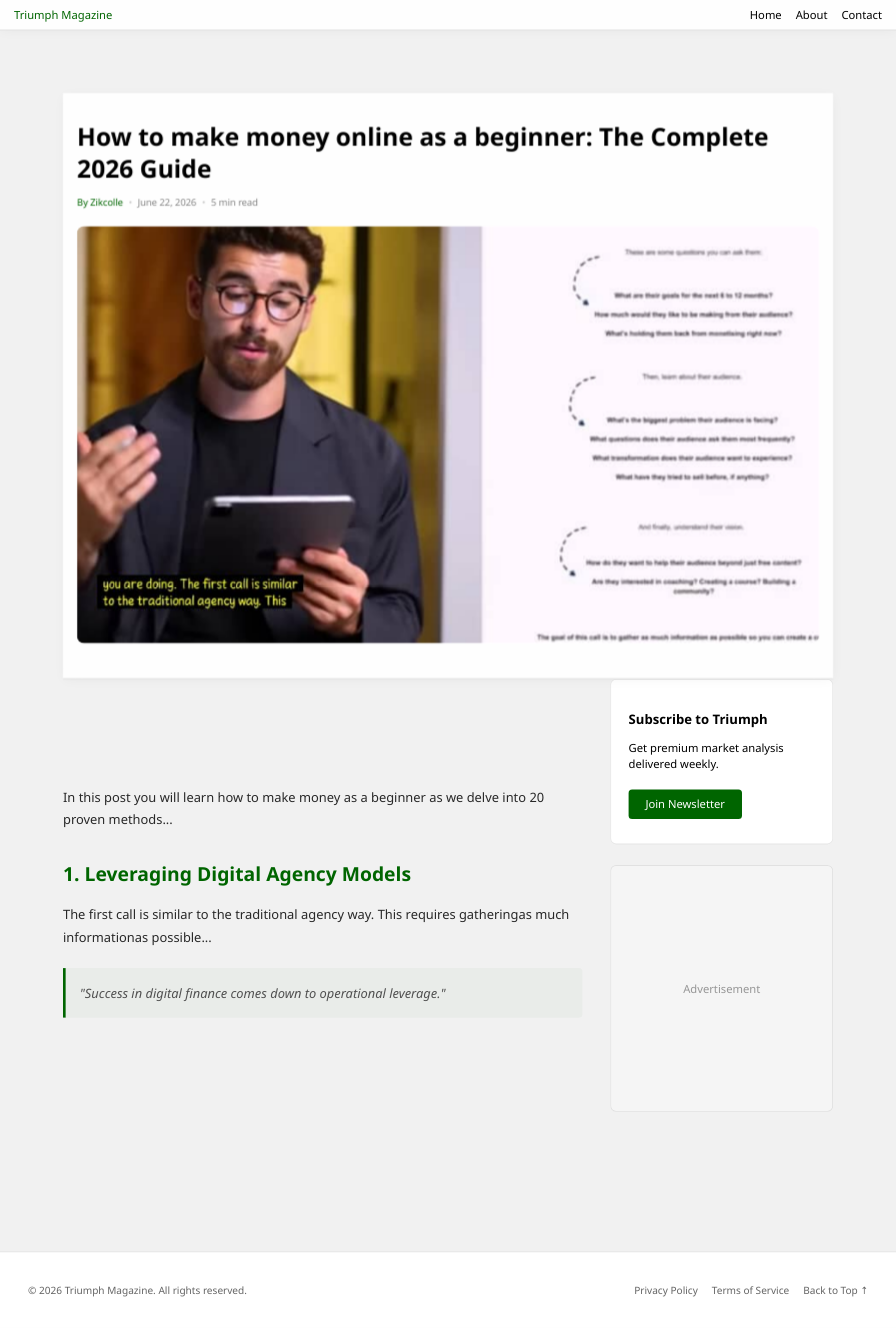
Repository: zikcolle/Triumph-Blog
Page: post.html
An editor plug-in stored every save of this project. The page is shown before and after a run of saves, followed by the edit.
The browser window is 1280 px wide. The pictures show the whole page, at 70% of full size.

Above is the page before, as saved 2026-06-23 11:16:28.

### post.html
<!DOCTYPE html>
<html lang="en">

<head>
    <meta charset="UTF-8">
    <meta name="viewport" content="width=device-width, initial-scale=1.0">
    <title>Triumph Magazine</title>
    <link rel="stylesheet" href="styles.css">
</head>

<body>
    <header>
        <nav>
            <div class="logo">Triumph Magazine</div>
            <div class="hamburger" onclick="toggleMenu()">
                <svg width="30" height="30">
                    <line x1="3" y1="5" x2="27" y2="5" stroke="black" stroke-width="3" />
                    <line x1="3" y1="15" x2="27" y2="15" stroke="black" stroke-width="3" />
                    <line x1="3" y1="25" x2="27" y2="25" stroke="black" stroke-width="3" />
                </svg>


            </div>
            <ul id="nav-links">
                <li><a href="#">Home</a></li>
                <li><a href="/about-us">About</a></li>
                <li><a href="/contact-us">Contact</a></li>
            </ul>
        </nav>
    </header>


    <main>
        <article class="post-container">

            <header class="post-header">
                <h1>How to make money online as a beginner: The Complete 2026 Guide</h1>

                    <div class="post-meta">
                       <span class="meta-author">By Zikcolle</span>
                       <span class="meta-divider">&bull;</span>
                       <span class="meta-date">June 22, 2026</span>
                       <span class="meta-divider">&bull;</span>
                       <span class="meta-time">5 min read</span>
                    </div>

                    <img src="simage\postiman.jpeg" class="post-hero-image">
            </header>

            <div class="post-body-split">

                <!--  The 70% Left Side -->
                <section class="post-content">
                    <p>In this post you will learn how to make money as a beginner as we delve into 20 proven methods...</p>
                    <h2>1. Leveraging Digital Agency Models</h2>
                    <p>The first call is similar to the traditional agency way. This requires gatheringas much informationas possible...</p>
                    <blockquote>"Success in digital finance comes down to operational leverage."</blockquote>
                </section>

                <!--  The 30% Left Side -->
                <aside class="post-sidebar">
                    <div class="sidebar-widget">
                        <h3>Subscribe to Triumph</h3>
                        <p>Get premium market analysis delivered weekly.</p>
                        <!-- Placeholder for future email input-->
                        <a href="#" class="view-more">Join Newsletter</a>
                    </div>

                    <div class="sidebar-widget ad-space">
                        <!-- Placeholder for future Google Adsesne-->
                         <p>Advertisement</p>
                    </div>
                </aside>
            </div>
        </article>
    </main>

    <footer>
        <div class="footer-container">
            <p class="copyright">&copy; 2026 Triumph Magazine. All rights reserved.</p>
            <div class="footer-links">
                <a href="#">Privacy Policy</a>
                <a href="#">Terms of Service</a>
                <a href="#top">Back to Top &uarr;</a>
            </div>
        </div>
    </footer>

</body>

</html>

<script>
    function toggleMenu() {
        document.getElementById('nav-links').classList.toggle('active');
    }
</script>

### styles.css
body {
    background-color: rgb(241, 241, 241);
    color: rgb(0, 0, 0);
    font-family: 'Segoe UI', Tahoma, Geneva, Verdana, sans-serif;
    padding: 0;
    margin: 0;

}

header {
    position: relative;
    z-index: 100;
    background-color: rgba(255, 255, 255, 0.92);
    padding: 10px 20px;
    border-bottom: 1px solid rgba(0, 0, 0, 0.108);
    backdrop-filter: blur(20px) saturate(180%);
    -webkit-backdrop-filter: blur(20px) saturate(180%);
    box-shadow: 0 1px 0 rgba(0, 0, 0, 0.04), 0 2px 16px rgba(0, 0, 0, 0.04);
    color: rgb(0, 101, 0);
    width: 100%;
    box-sizing: border-box;
}

nav {
    display: flex;
    justify-content: space-between;
    align-items: center;
}

nav ul {
    list-style: none;
    display: flex;
    gap: 20px;
    margin: 0;
    padding: 0;
}

nav ul li a {
    text-decoration: none;
    color: rgb(0, 0, 0);
}

nav a:hover {
    color: rgb(0, 101, 0);
    text-decoration: underline;
}

.hamburger {
    display: none;
    font-size: 24px;
}

@media (max-width: 768px) {
    nav ul {
        background-color: rgb(255, 255, 255);
        display: none;
        flex-direction: column;
        position: absolute;
        top: 60px;
        right: 0;
        width: 100%;
        text-align: center;
        padding: 20px;
        box-shadow: 0 2px 5px rgba(0, 0, 0, 0.1);
        z-index: 1000;
    }

    nav ul.active {
        display: flex !important;
    }

    nav ul li {
        margin: 10px 0;
    }

    .hamburger {
        display: block;
        cursor: pointer;
    }
}

main {
    padding: 50px;
}

@media (min-width: 768px) {
    main {
        padding: 50px;
    }
}

img,
svg,
video,
canvas,
iframe {
    max-width: 100%;
    height: auto;
    display: block;
}

.label-post {
    background-color: rgb(0, 101, 0);
    color: rgb(255, 255, 255);
    max-width: fit-content;
    padding: 10px;
    border-radius: 15px;
    font-size: 1rem;
}

.feat-post {
    display: flex;
    flex-direction: column;
    gap: 24px;
    background-color: rgb(255, 255, 255);
    border: 1px solid rgba(0, 0, 0, 0.129);
    border-radius: 10px;
    padding: 24px;
}

.feat-post img {
    width: 100%;
    height: auto;
    object-fit: cover;
    border-radius: 6px;
}

.feat-content {
    display: flex;
    flex-direction: column;
    align-items: flex-start;
    gap: 12px;
}

@media (min-width: 768px) {
    .feat-post {
        flex-direction: row;
        align-items: center;
    }

    .feat-post img {
        width: 50%;
    }

    .feat-content {
        width: 50%;
        padding-left: 20px;
    }
}

.read-more {
    background-color: rgb(0, 101, 0);
    color: rgb(255, 255, 255);
    text-decoration: none;
    max-width: fit-content;
    padding: 5px;
    border-radius: 5px;
}

.post-grid {
    display: grid;
    grid-template-columns: repeat(auto-fit, minmax(300px, 1fr));
    gap: 20px;
}

.post-grid h2,
.post-grid h3 {
    font-size: 1.25rem;
    line-height: 1.4;
    margin: 10px 0;
}

.post-grid img {
    width: 100%;
    aspect-ratio: 16 / 9;
    object-fit: cover;
    border-radius: 6px;
}

.blog-post {
    background-color: rgb(255, 255, 255);
    border: 1px solid rgba(0, 0, 0, 0.129);
    border-radius: 10px;
    padding: 20px;
    margin: 5px;
    line-height: 2;
}

.view-more {
    background-color: rgb(0, 101, 0);
    color: rgb(255, 255, 255);
    text-decoration: none;
    display: inline-block;
    padding: 10px 24px;
    margin: 10px 0;
    border-radius: 5px;
}

.rel-post {
    display: flex;
    align-items: center;
    gap: 20px;
    background-color: rgb(255, 255, 255);
    width: 100%;
    max-width: 500px;
    padding: 10px;
    border: 1px solid rgba(0, 0, 0, 0.129);
    border-radius: 5px;
    backdrop-filter: blur(20px) saturate(180%);
    -webkit-backdrop-filter: blur(20px) saturate(180%);
    box-shadow: 0 1px 0 rgba(0, 0, 0, 0.04), 0 2px 16px rgba(0, 0, 0, 0.04);
}

.rel-post img {
    width: 100px;
    aspect-ratio: 16 / 9;
    object-fit: cover;
}

.rel-post a {
    color: rgb(0, 0, 0);
    text-decoration: none;
    font-weight: 600;
    transition: color 0.2s ease;
}

.rel-post a:hover {
    color: rgb(0, 101, 0);
}

footer {
    background-color: rgb(255, 255, 255);
    border-top: 1px solid rgba(0, 0, 0, 0.108);
    padding: 30px 20px;
    margin-top: 80px;
}

.footer-container {
    display: flex;
    flex-direction: column;
    align-items: center;
    gap: 15px;
    max-width: 1200px;
    margin: 0 auto;
    font-size: 0.9rem;
    color: rgb(100, 100, 100);
}

.footer-links {
    display: flex;
    gap: 20px;
}

.footer-links a {
    color: rgb(100, 100, 100);
    text-decoration: none;
    transition: color 0.2s ease;
}

.footer-links a:hover {
    color: rgb(0, 101, 0);
}

@media (min-width: 768px) {
    .footer-container {
        flex-direction: row;
        justify-content: space-between;
    }
}

.post-meta {
    display: flex;
    align-items: center;
    gap: 8px;
    font-size: 0.85rem;
    color: rgb(130, 130, 130);
    font-weight: 500;
    letter-spacing: -0.01em;
}

.meta-author {
    color: rgb(0, 101, 0);
}

.meta-divider {
    color: rgba(0, 0, 0, 0.2);
}

/* --- SINGLE POST PAGE STYLES --- */

.post-container {
    max-width: 1100px;
    margin: 40px auto;
    padding: 0 20px;
}

.post-header h1 {
    font-size: 2.2rem;
    line-height: 1.3;
    color: rgb(0, 0, 0);
    margin-bottom: 15px;
}

.post-header .post-meta {
    margin-bottom: 25px;
}

.post-hero-image {
    width: 100%;
    height: auto;
    aspect-ratio: 16 / 9;
    object-fit: cover;
    border-radius: 10px;
    margin-bottom: 40px;
}

.post-body-split {
    display: flex;
    flex-direction: column;
    gap: 40px;
}

.post-content {
    font-size: 1.15rem;
    line-height: 1.7;
    color: rgb(40, 40, 40);
}

.post-content h2 {
    margin-top: 40px;
    margin-bottom: 15px;
    color: rgb(0, 101, 0);
}

.post-content p {
    margin-bottom: 20px;
}

.post-content blockquote {
    border-left: 4px solid rgb(0, 101, 0);
    padding-left: 20px;
    margin: 30px 0;
    font-style: italic;
    color: rgb(80, 80, 80);
    background-color: rgba(0, 101, 0, 0.03);
    padding: 20px;
    border-radius: 0 5px 5px 0;
}

.sidebar-widget {
    background-color: rgb(255, 255, 255);
    border: 1px solid rgba(0, 0, 0, 0.1);
    border-radius: 8px;
    padding: 25px;
    margin-bottom: 30px;
}

.sidebar-widget.ad-space {
    background-color: rgb(245, 245, 245);
    text-align: center;
    color: rgb(150, 150, 150);
    min-height: 300px;
    display: flex;
    align-items: center;
    justify-content: center;
}

@media (min-width: 900px) {
    .post-body-split {
        flex-direction: row;
        align-items: center;
    }

    .post-content {
        width: 70%;
    }

    .post-sidebar {
        width: 30%;
        position: sticky;
        top: 100px;
    }
}

After the next 2 saves:
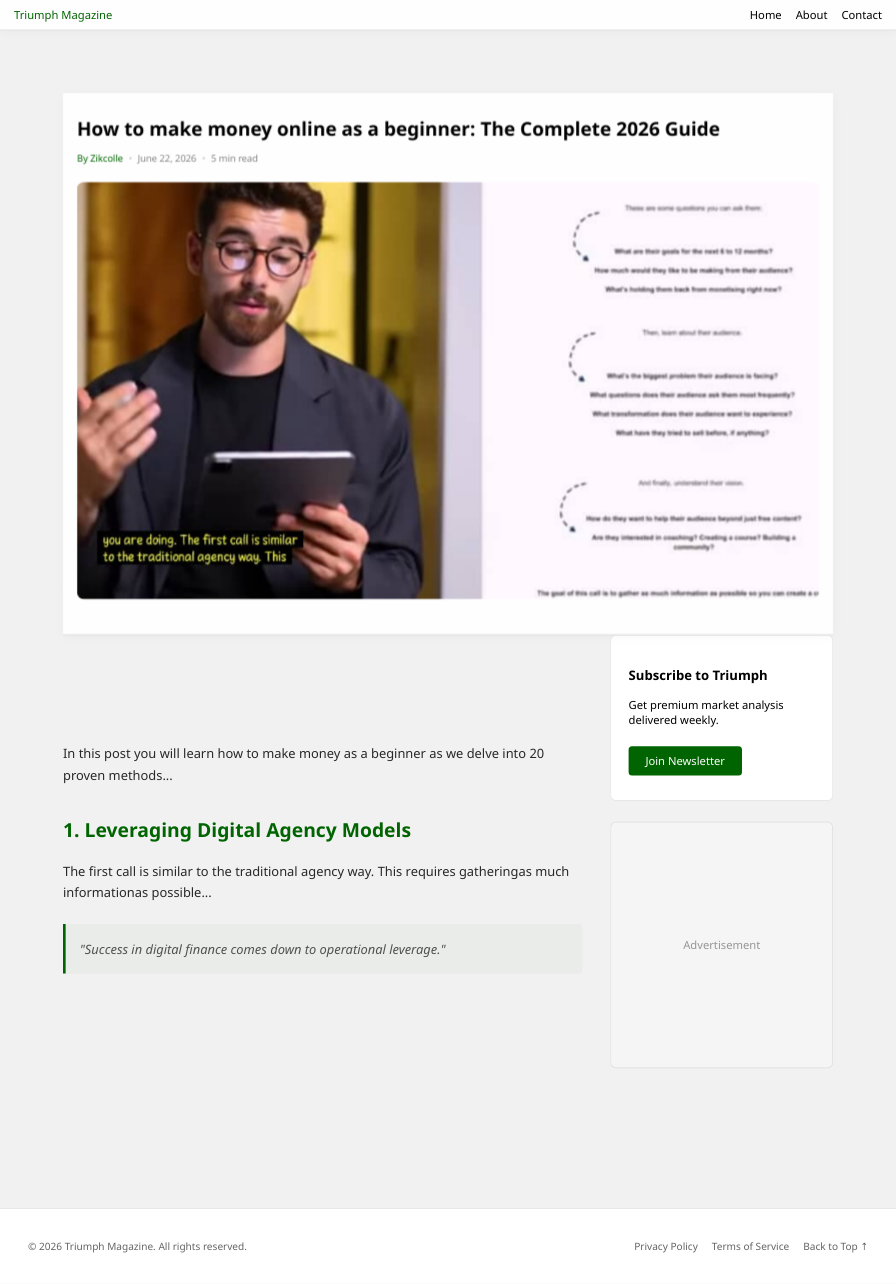
The 2 saves are shown as one change because they came seconds apart.
The last was saved 91 s later.
--- a/styles.css
+++ b/styles.css
@@ -295,7 +295,7 @@ footer {
 }
 
 .post-header h1 {
-    font-size: 2.2rem;
+    font-size: 1.7rem;
     line-height: 1.3;
     color: rgb(0, 0, 0);
     margin-bottom: 15px;
